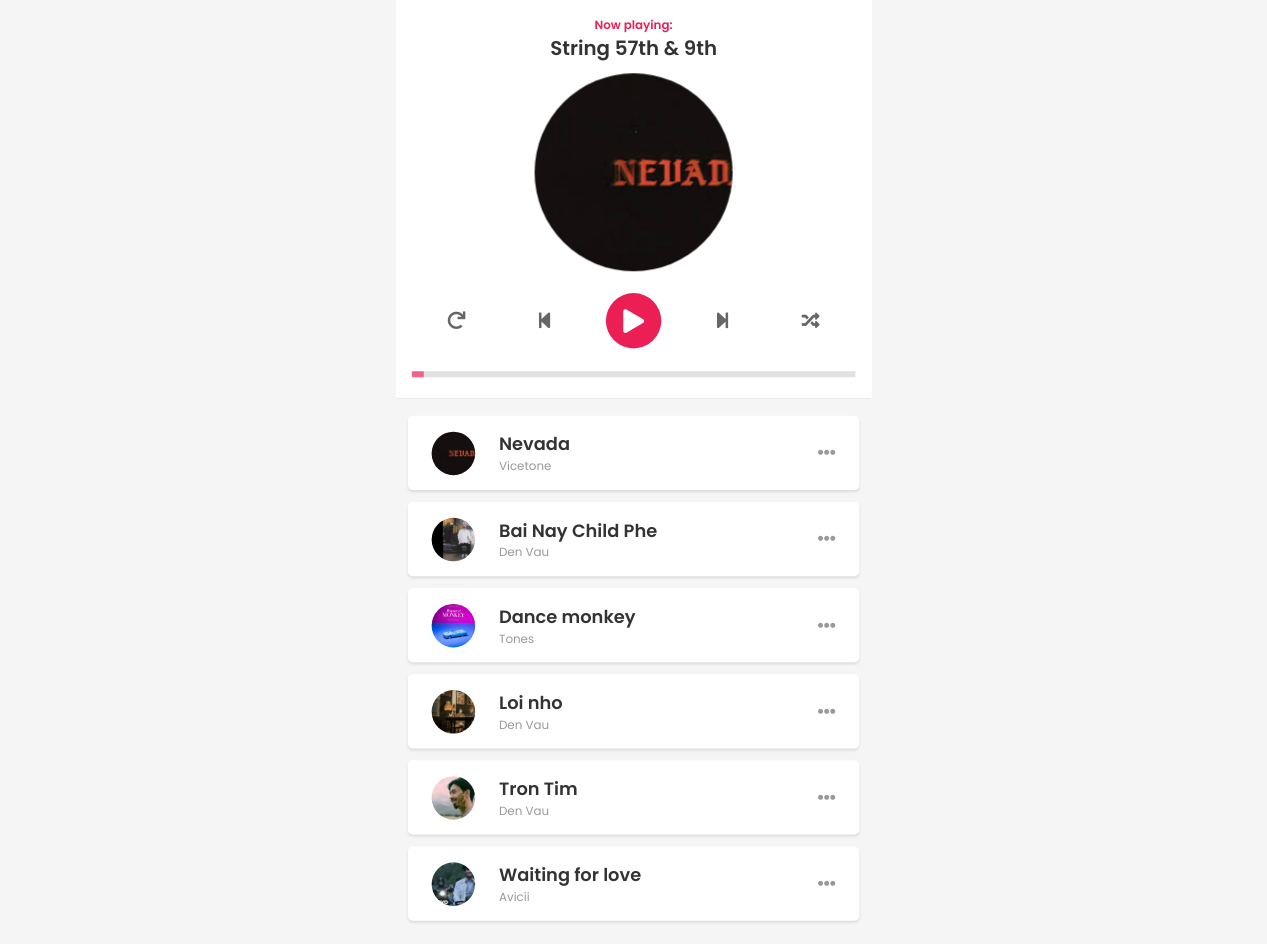
Repository: dovanthao2404/AppMusicPlayer
Page: index.html
The author's editor kept a copy of each file at every save. The page is drawn from the files as they stood at one save, then again after the next save.
The browser window is 1280 px wide. The pictures show the whole page, at 99% of full size.
After loading, the first visible `div.btn-next` was clicked once.

Above is the page before, as saved 2021-06-28 14:19:34.
Console error: TypeError: this.nextSong is not a function

### index.html
<!DOCTYPE html>
<html lang="en">

<head>
  <meta charset="UTF-8">
  <meta http-equiv="X-UA-Compatible" content="IE=edge">
  <meta name="viewport" content="width=device-width, initial-scale=1.0">
  <title>Music player</title>
  <link rel="stylesheet" href="https://cdnjs.cloudflare.com/ajax/libs/font-awesome/5.15.2/css/all.min.css"
    integrity="sha512-HK5fgLBL+xu6dm/Ii3z4xhlSUyZgTT9tuc/hSrtw6uzJOvgRr2a9jyxxT1ely+B+xFAmJKVSTbpM/CuL7qxO8w=="
    crossorigin="anonymous" />
  <link rel="preconnect" href="https://fonts.gstatic.com">
  <link href="https://fonts.googleapis.com/css2?family=Poppins:wght@300;400;600&display=swap" rel="stylesheet">
  <link rel="stylesheet" href="./css/app.css">
</head>

<body>
  <div class="player">
    <!-- Dashboard -->
    <div class="dashboard">
      <!-- Header -->
      <header>
        <h4>Now playing:</h4>
        <h2>String 57th & 9th</h2>
      </header>

      <!-- CD -->
      <div class="cd">
        <div class="cd-thumb" style="background-image: url('https://i.ytimg.com/vi/jTLhQf5KJSc/maxresdefault.jpg')">
        </div>
      </div>

      <!-- Control -->
      <div class="control">
        <div class="btn btn-repeat">
          <i class="fas fa-redo"></i>
        </div>
        <div class="btn btn-prev">
          <i class="fas fa-step-backward"></i>
        </div>
        <div class="btn btn-toggle-play">
          <i class="fas fa-pause icon-pause"></i>
          <i class="fas fa-play icon-play"></i>
        </div>
        <div class="btn btn-next">
          <i class="fas fa-step-forward"></i>
        </div>
        <div class="btn btn-random">
          <i class="fas fa-random"></i>
        </div>
      </div>

      <input id="progress" class="progress" type="range" value="0" step="1" min="0" max="100">

      <audio id="audio" src=""></audio>
    </div>

    <!-- Playlist -->
    <div class="playlist">

    </div>
  </div>
  <script src="./js/app.js"></script>
</body>

</html>

### css/app.css
:root {
  --primary-color: #ec1f55;
  --text-color: #333;
}

* {
  padding: 0;
  margin: 0;
  box-sizing: inherit;
}

body {
  background-color: #f5f5f5;
}

html {
  box-sizing: border-box;
  font-family: "Poppins", sans-serif;
}

.player {
  position: relative;
  max-width: 480px;
  margin: 0 auto;
}

.player .icon-pause {
  display: none;
}

.player.playing .icon-pause {
  display: inline-block;
}

.player.playing .icon-play {
  display: none;
}

.dashboard {
  padding: 16px 16px 14px;
  background-color: #fff;
  position: fixed;
  top: 0;
  width: 100%;
  max-width: 480px;
  border-bottom: 1px solid #ebebeb;
}

/* HEADER */
header {
  text-align: center;
  margin-bottom: 10px;
}

header h4 {
  color: var(--primary-color);
  font-size: 12px;
}

header h2 {
  color: var(--text-color);
  font-size: 20px;
}

/* CD */
.cd {
  display: flex;
  margin: auto;
  width: 200px;
}

.cd-thumb {
  width: 100%;
  padding-top: 100%;
  border-radius: 50%;
  background-color: #333;
  background-size: cover;
  margin: auto;
}

/* CONTROL */
.control {
  display: flex;
  align-items: center;
  justify-content: space-around;
  padding: 18px 0 8px 0;
}

.control .btn {
  color: #666;
  padding: 18px;
  font-size: 18px;
}

.control .btn.active {
  color: var(--primary-color);
}

.control .btn-toggle-play {
  width: 56px;
  height: 56px;
  border-radius: 50%;
  font-size: 24px;
  color: #fff;
  display: flex;
  align-items: center;
  justify-content: center;
  background-color: var(--primary-color);
}

.progress {
  width: 100%;
  -webkit-appearance: none;
  height: 6px;
  background: #d3d3d3;
  outline: none;
  opacity: 0.7;
  -webkit-transition: 0.2s;
  transition: opacity 0.2s;
}

.progress::-webkit-slider-thumb {
  -webkit-appearance: none;
  appearance: none;
  width: 12px;
  height: 6px;
  background-color: var(--primary-color);
  cursor: pointer;
}

/* PLAYLIST */
.playlist {
  margin-top: 408px;
  padding: 12px;
}

.song {
  display: flex;
  align-items: center;
  margin-bottom: 12px;
  background-color: #fff;
  padding: 8px 16px;
  border-radius: 5px;
  box-shadow: 0 2px 3px rgba(0, 0, 0, 0.1);
}

.song.active {
  background-color: var(--primary-color);
}

.song:active {
  opacity: 0.8;
}

.song.active .option,
.song.active .author,
.song.active .title {
  color: #fff;
}

.song .thumb {
  width: 44px;
  height: 44px;
  border-radius: 50%;
  background-size: cover;
  margin: 0 8px;
}

.song .body {
  flex: 1;
  padding: 0 16px;
}

.song .title {
  font-size: 18px;
  color: var(--text-color);
}

.song .author {
  font-size: 12px;
  color: #999;
}

.song .option {
  padding: 16px 8px;
  color: #999;
  font-size: 18px;
}

### js/app.js
const $ = document.querySelector.bind(document);
const $$ = document.querySelectorAll.bind(document);

const player = $('.player');

const playList = $(".playlist");
const heading = $('header h2');
const cdThumb = $(".cd-thumb");
const audio = $("#audio")
const cd = $('.cd');
const playBtn = $('.btn-toggle-play');
const progress = $('.progress');

const nextBtn = $('.btn-next')
const prevBtn = $('.btn-prev')

const app = {
  currentIndex: 0,
  isPlaying: false,
  songs: [
    {
      name: 'Nevada',
      singer: 'Vicetone',
      path: '../music/nevada.mp3',
      image: '../img/nevada.jpeg'
    }, {
      name: 'Bai Nay Child Phe',
      singer: 'Den Vau',
      path: '../music/child.mp3',
      image: '../img/bainaychildphet.jpg'
    }, {
      name: 'Dance monkey',
      singer: 'Tones',
      path: '../music/dancemokey.mp3',
      image: '../img/dancemonkey.jpg'
    }, {
      name: 'Loi nho',
      singer: 'Den Vau',
      path: '../music/loinho.mp3',
      image: '../img/loinho.jpg'
    }, {
      name: 'Tron Tim',
      singer: 'Den Vau',
      path: '../music/trontim.mp3',
      image: '../img/trontim.jpg'
    }, {
      name: 'Waiting for love',
      singer: 'Avicii',
      path: '../music/waitingforlove.mp3',
      image: '../img/waitingforlove.jpg'
    },

  ],
  render: function () {
    const htmls = this.songs.map(song => {
      return `<div class="song">
      <div class="thumb" style="background-image: url('${song.image}')">
      </div>
      <div class="body">
        <h3 class="title">${song.name}</h3>
        <p class="author">${song.singer}</p>
      </div>
      <div class="option">
        <i class="fas fa-ellipsis-h"></i>
      </div>
    </div>`
    })
    playList.innerHTML = htmls.join('');
  },
  defineProperties: function () {
    Object.defineProperty(this, 'currentSong', {
      get: function () {
        return this.songs[this.currentIndex];
      }
    })
  },
  handlEvents: function () {
    // Xu ly CD quay / dung
    const cdThumbAnimate = cdThumb.animate([
      { transform: 'rotate(360deg)' }
    ], {
      duration: 10000,
      iterations: Infinity,
    })
    cdThumbAnimate.pause();


    const _this = this;
    // xu ly phong to thu nho cd
    const cdWidth = cd.offsetWidth;
    document.onscroll = function () {
      const scrollTop = window.scrollY || document.documentElement.scrollTop;

      const newCdWidth = cdWidth - scrollTop;

      cd.style.width = newCdWidth > 0 ? newCdWidth + 'px' : 0 + 'px';

      cd.style.opacity = newCdWidth / cdWidth;
    }

    // xu ly click play
    playBtn.onclick = function () {
      if (_this.isPlaying == true) {
        audio.pause();
      } else {
        audio.play();
      }
    }

    // khi song duoc play
    audio.onplay = function () {
      _this.isPlaying = true;
      player.classList.add("playing");
      cdThumbAnimate.play()
    }
    // khi song bi pause
    audio.onpause = function () {
      _this.isPlaying = false;
      player.classList.remove("playing");
      cdThumbAnimate.pause();
    }
    // Khi tien do bai hat thay doi
    audio.ontimeupdate = function () {
      if (audio.duration) {
        const progressPercent = Math.floor(audio.currentTime / audio.duration * 100);
        progress.value = progressPercent;
      }
    }

    // xu ly khi tua song
    progress.onchange = function (e) {
      const seekTime = audio.duration * e.target.value / 100;
      audio.currentTime = seekTime;
    }

    // Khi next bai hat
    nextBtn.onclick = function () {
      this.nextSong();
    }
  },
  loadCurrentSong: function () {
    heading.texContent = this.currentSong.name;
    cdThumb.style.backgroundImage = `url('${this.currentSong.image}')`
    audio.src = this.currentSong.path;
  },
  nextSong: function () {
    this.currentIndex++;
    if (this.currentIndex >= this.songs.length) {
      this.currentIndex = 0;
    }
    this.loadCurrentSong();
  },
  start: function () {

    // Dinh nghia cac thuoc tinh cho object
    this.defineProperties()

    // Lang nghe xu ly su kien
    this.handlEvents()
    // Tai bai dau tien vao UI khi chay
    this.loadCurrentSong();
    // render playlist
    this.render()

  },
}
app.start();

After the next save:
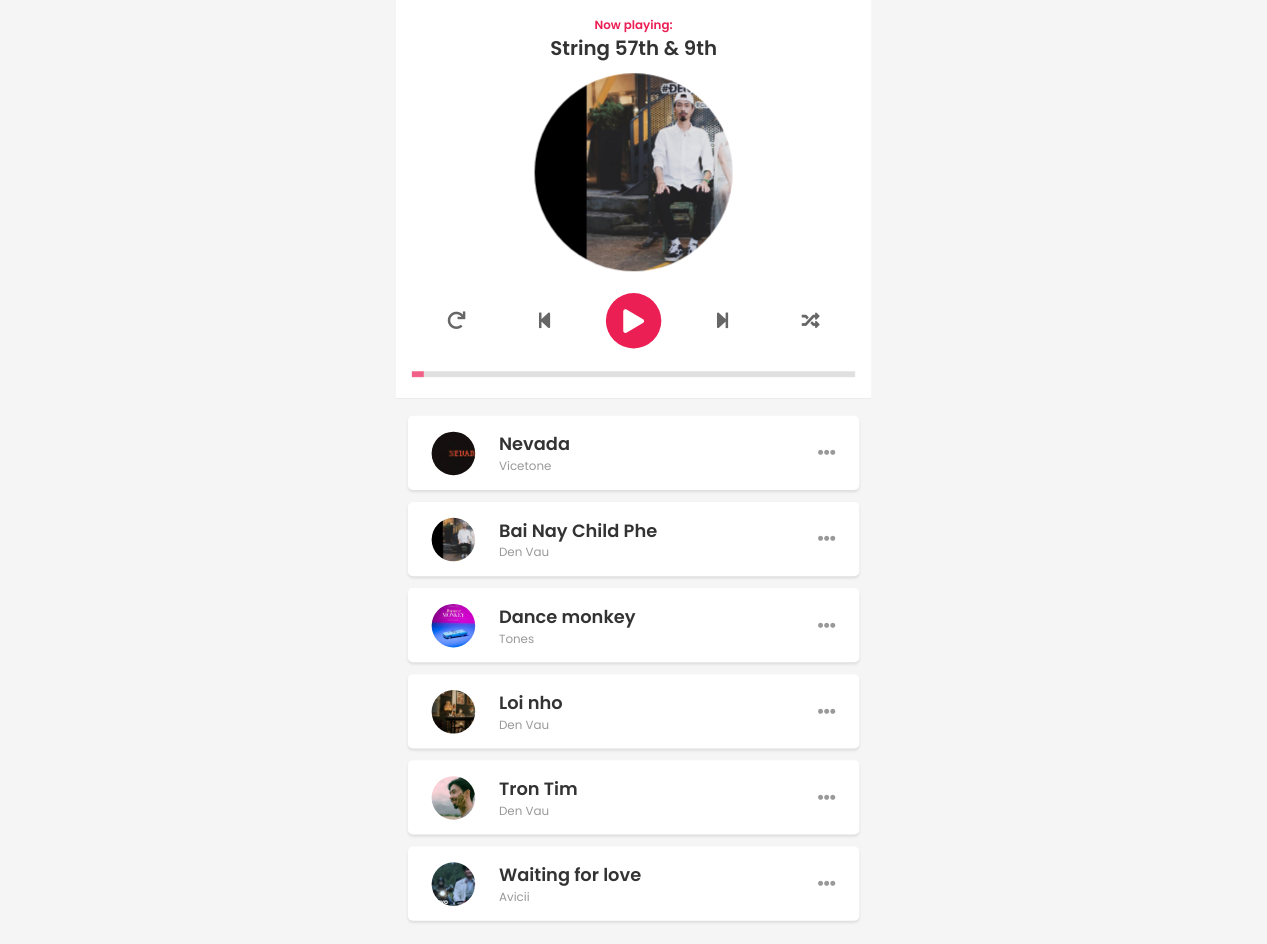
The error is gone.
Saved 13 s later.
--- a/js/app.js
+++ b/js/app.js
@@ -135,7 +135,7 @@ const app = {
 
     // Khi next bai hat
     nextBtn.onclick = function () {
-      this.nextSong();
+      _this.nextSong();
     }
   },
   loadCurrentSong: function () {
